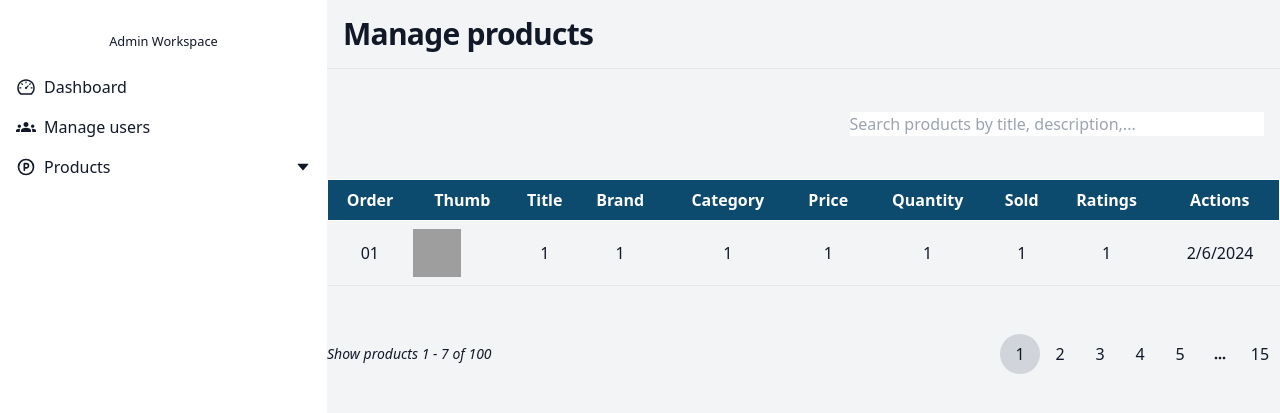
Repository: QuanggDat/Ecommerce_Rookie_NashTech
Page: /admin/manage-products (app in Ecommerce_Rookie_NashTech_AdminFrontend/admin_fe/)
The author's editor kept a copy of each file at every save. The page is drawn from the files as they stood at one save, then again after the next save.
The browser window is 1280 px wide. The pictures show the whole page.
Pictures or frames that could not be fetched are drawn as grey boxes. The page's requests for data from a server got no answer. The project was rebuilt for these pictures with package versions that can differ from the ones it lists, and the page was loaded fresh each time. Some packages were replaced by stand-ins written for this rebuild. No one was signed in, and anything a server would have sent is missing. Also part of the build but not shown: Ecommerce_Rookie_NashTech_AdminFrontend/admin_fe/src/pages/admin/Dashboard.js, Ecommerce_Rookie_NashTech_AdminFrontend/admin_fe/src/pages/admin/LoginScreen.js, Ecommerce_Rookie_NashTech_AdminFrontend/admin_fe/src/components/buttons/Button.js, Ecommerce_Rookie_NashTech_AdminFrontend/admin_fe/src/components/inputs/InputField.js, Ecommerce_Rookie_NashTech_AdminFrontend/admin_fe/src/pages/public/Login.js, Ecommerce_Rookie_NashTech_AdminFrontend/admin_fe/src/pages/public/FinalRegister.js, Ecommerce_Rookie_NashTech_AdminFrontend/admin_fe/src/pages/public/ResetPassword.js, Ecommerce_Rookie_NashTech_AdminFrontend/admin_fe/src/App.css.

Above is the page before, as saved 2024-06-02 22:19:08.

### Ecommerce_Rookie_NashTech_AdminFrontend/admin_fe/src/index.js
import React from 'react';
import { createRoot } from 'react-dom/client';
import { Provider } from 'react-redux';
import { store } from './stores/redux';
import App from './App';
import './index.css';
import { BrowserRouter } from 'react-router-dom'

const container = document.getElementById('root');
const root = createRoot(container);

root.render(
  <Provider store={store}>
    <BrowserRouter>
      <App />
    </BrowserRouter>
  </Provider>
);

### Ecommerce_Rookie_NashTech_AdminFrontend/admin_fe/src/stores/redux.js
import { configureStore } from '@reduxjs/toolkit';
import userSlice from "./user/userSlice"
import storage from 'redux-persist/lib/storage';
import { persistReducer, persistStore } from "redux-persist"

const commonConfig = {
  storage,
}
const userConfig = {
  ...commonConfig,
  whitelist: ["isLoggedIn", "token"],
  key: "shop/user",
}
export const store = configureStore({
  reducer: {
    user: persistReducer(userConfig, userSlice),
  },
  middleware: (getDefaultMiddleware) =>
    getDefaultMiddleware({ serializableCheck: false }),
});

export const persistor = persistStore(store)

### Ecommerce_Rookie_NashTech_AdminFrontend/admin_fe/src/App.js
import React from 'react';
import { Route, Routes, Navigate } from "react-router-dom"
import path from "./utils/path"
import {
  AdminLayout,
  Dashboard,
  ManageProduct
} from "./pages/admin"
import { Login } from './pages/public';
import './App.css';

function App() {
  return (
    <div className="font-jp">
      <Routes>
        <Route path="/" element={<Navigate to={path.LOGIN} />} />
        <Route path={path.LOGIN} element={<Login />} />
        <Route path={path.ADMIN} element={<AdminLayout />}>
          <Route path={path.DASHBOARD} element={<Dashboard />} />
          <Route path={path.MANAGE_PRODUCTS} element={<ManageProduct />} />
        </Route>
      </Routes>
    </div>
  );
}

export default App;

### Ecommerce_Rookie_NashTech_AdminFrontend/admin_fe/src/index.css
@import url("https://fonts.googleapis.com/css2?family=Poppins:ital,wght@0,100;0,200;0,300;0,400;0,500;0,600;0,700;0,800;1,100;1,200;1,300;1,400;1,500;1,600;1,700;1,800&display=swap");
@import url("https://fonts.googleapis.com/css2?family=Noto+Sans+JP:wght@100;200;300;400;500;600;700;800;900&display=swap");
@tailwind base;
@tailwind components;
@tailwind utilities;

html {
    height: 100%;
    overflow: auto;
  }
  body {
    height: 100%;
  }
  html,
  body {
    overflow-x: hidden;
  }

### Ecommerce_Rookie_NashTech_AdminFrontend/admin_fe/src/stores/user/userSlice.js
import { createSlice } from "@reduxjs/toolkit"
import * as actions from './asyncAction'

export const userSlice = createSlice({
    name: "user",
    initialState: {
        isLoggedIn: false,
        current: null,
        token: null,
        isLoading: false,
        mes: '',
    },
    reducers: {
        login: (state, action) => {
            state.isLoggedIn = action.payload.isLoggedIn
            state.token = action.payload.token
        },
        logout: (state, action) => {
            state.isLoggedIn = false
            state.current = null
            state.token = null
            state.isLoading = false
            state.mes = ''
        },
    },
    extraReducers: (builder) => {
        builder.addCase(actions.getCurrent.pending, (state) => {
            state.isLoading = true;
        });
        builder.addCase(actions.getCurrent.fulfilled, (state, action) => {
            state.isLoading = false;
            state.current = action.payload;
            state.isLoggedIn = true
        });
        builder.addCase(actions.getCurrent.rejected, (state, action) => {
            state.isLoading = false;
            state.current = null;
            state.isLoggedIn = false
            state.token = null
            state.mes = 'Login session has expired. Please login again!'
        });
    }
})
export const { login, logout } = userSlice.actions

export default userSlice.reducer

### Ecommerce_Rookie_NashTech_AdminFrontend/admin_fe/src/utils/path.js
const path = {
    PUBLIC: "/",
    HOME: "home",
    ALL: "*",
    LOGIN: "login",
    FINAL_REGISTER: "finalregister/:status",
    RESET_PASSWORD: "reset-password/:token",

    // Admin
    LOGIN: "login",
    ADMIN: "admin",
    DASHBOARD: "dashboard",
    MANAGE_USER: "manage-user",
    MANAGE_PRODUCTS: "manage-products",
    MANAGE_CATEGORIES: "manage-categories",
    CREATE_PRODUCTS: "create-products",
    CREATE_CATEGORY: "create-category",
}

export default path

### Ecommerce_Rookie_NashTech_AdminFrontend/admin_fe/src/pages/admin/index.js
export { default as AdminLayout } from "./AdminLayout"
export { default as Dashboard } from "./Dashboard"
export { default as ManageProduct } from "./ManageProduct"
export { default as LoginScreen } from "./LoginScreen"

### Ecommerce_Rookie_NashTech_AdminFrontend/admin_fe/src/pages/public/index.js
export { default as Login } from "./Login"
export { default as FinalRegister } from "./FinalRegister"
export { default as ResetPassword } from "./ResetPassword"

### Ecommerce_Rookie_NashTech_AdminFrontend/admin_fe/src/stores/user/asyncAction.js
import { createAsyncThunk } from "@reduxjs/toolkit";
import * as apis from '../../apis'

export const getCurrent = createAsyncThunk('user/current', async (data, { rejectWithValue }) => {
    const response = await apis.apiGetCurrent()
    if (!response.data.status) return rejectWithValue(response)
    return response.data.rs
})

### Ecommerce_Rookie_NashTech_AdminFrontend/admin_fe/src/pages/admin/AdminLayout.js
import React from 'react'
import { Outlet, Navigate } from 'react-router-dom'
import { useSelector } from 'react-redux'
import AdminSidebar from '../../components/sidebar/AdminSidebar'

const AdminLayout = () => {
  return (
    <div className='flex w-full bg-gray-100 min-h-screen relative text-gray-900'>
      <div className='w-[327px] top-0 bottom-0 flex-none fixed'>
        <AdminSidebar />
      </div>
      <div className='w-[327px]'></div>
      <div className='flex-auto'>
        <Outlet />
      </div>
    </div>
  )
}

export default AdminLayout

### Ecommerce_Rookie_NashTech_AdminFrontend/admin_fe/src/pages/admin/ManageProduct.js
import React from 'react'
import InputForm from "../../components/inputs/InputForm"
import Pagination from "../../components/pagination/Pagination"
import { useForm } from "react-hook-form"

const ManageProduct = () => {
  const {
    register,
    formState: { errors },
    watch,
  } = useForm()
  return (
    <div className="w-full flex flex-col gap-4 relative">
      <div className="h-[69px] w-full"></div>
      <div className="p-4 border-b w-full bg-gray-100 flex justify-between items-center fixed top-0">
        <h1 className="text-3xl font-bold tracking-tight">Manage products</h1>
      </div>
      <div className="flex justify-end items-center px-4">
        <form className="w-[45%]">
          <InputForm
            id="q"
            register={register}
            errors={errors}
            fullWidth
            placeholder="Search products by title, description,..."
          />
        </form>
      </div>
      <table className="table-auto">
        <thead>
          <tr className="border bg-sky-900 text-white border-white">
            <th className="text-center py-2">Order</th>
            <th className="text-center py-2">Thumb</th>
            <th className="text-center py-2">Title</th>
            <th className="text-center py-2">Brand</th>
            <th className="text-center py-2">Category</th>
            <th className="text-center py-2">Price</th>
            <th className="text-center py-2">Quantity</th>
            <th className="text-center py-2">Sold</th>
            <th className="text-center py-2">Ratings</th>
            <th className="text-center py-2">Actions</th>
          </tr>
        </thead>
        <tbody>
          <tr className="border-b" >
            <td className="text-center py-2">
              01
            </td>
            <td className="text-center py-2">
              <img
                src='https://th.bing.com/th/id/OIF.IHFaCxQQ54StkxKZ3Iyp0Q?rs=1&pid=ImgDetMain'
                alt="thumb"
                className="w-12 h-12 object-cover"
              />
            </td>
            <td className="text-center py-2">1</td>
            <td className="text-center py-2">1</td>
            <td className="text-center py-2">1</td>
            <td className="text-center py-2">1</td>
            <td className="text-center py-2">1</td>
            <td className="text-center py-2">1</td>
            <td className="text-center py-2">1</td>
            <td className="text-center py-2">
              2/6/2024
            </td>
          </tr>
        </tbody>
      </table>
      <div className="w-full flex justify-end my-8">
        <Pagination totalCount={100} />
      </div>
    </div>
  )
}

export default ManageProduct

### Ecommerce_Rookie_NashTech_AdminFrontend/admin_fe/src/components/sidebar/AdminSidebar.js
import React, { Fragment, useState } from "react"
import { adminSidebar } from "../../utils/constants"
import { NavLink, Link, useNavigate } from "react-router-dom"
import clsx from "clsx"
import { AiOutlineCaretDown, AiOutlineCaretRight } from "react-icons/ai"
import { RiShareForwardLine } from "react-icons/ri"
import withBaseComponent from "../../hocs/withBaseComponent"

const activedStyle =
    "px-4 py-2 flex items-center gap-2  bg-blue-500 text-gray-100"
const notActivedStyle = "px-4 py-2 flex items-center gap-2  hover:bg-blue-100"

const AdminSidebar = () => {
    const navigate = useNavigate()
    const [actived, setActived] = useState([])
    const handleShowTabs = (tabID) => {
        if (actived.some((el) => el === tabID))
            setActived((prev) => prev.filter((el) => el !== tabID))
        else setActived((prev) => [...prev, tabID])
    }

    return (
        <div className=" bg-white h-full py-4">
            <Link
                to={"/"}
                className="flex flex-col justify-center items-center p-4 gap-2"
            >
                <small>Admin Workspace</small>
            </Link>
            <div>
                {adminSidebar.map((el) => (
                    <Fragment key={el.id}>
                        {el.type === "SINGLE" && (
                            <NavLink
                                to={el.path}
                                className={({ isActive }) =>
                                    clsx(isActive && activedStyle, !isActive && notActivedStyle)
                                }
                            >
                                <span>{el.icon}</span>
                                <span>{el.text}</span>
                            </NavLink>
                        )}
                        {el.type === "PARENT" && (
                            <div
                                onClick={() => handleShowTabs(+el.id)}
                                className="flex flex-col"
                            >
                                <div className="flex items-center justify-between px-4 py-2 hover:bg-blue-100 cursor-pointer">
                                    <div className="flex items-center gap-2">
                                        <span>{el.icon}</span>
                                        <span>{el.text}</span>
                                    </div>
                                    {actived.some((id) => id === el.id) ? (
                                        <AiOutlineCaretRight />
                                    ) : (
                                        <AiOutlineCaretDown />
                                    )}
                                </div>
                                {actived.some((id) => +id === +el.id) && (
                                    <div className="flex flex-col">
                                        {el.submenu.map((item, idx) => (
                                            <NavLink
                                                key={idx}
                                                to={item.path}
                                                onClick={(e) => e.stopPropagation()}
                                                className={({ isActive }) =>
                                                    clsx(
                                                        isActive && activedStyle,
                                                        !isActive && notActivedStyle,
                                                        "pl-16"
                                                    )
                                                }
                                            >
                                                {item.text}
                                            </NavLink>
                                        ))}
                                    </div>
                                )}
                            </div>
                        )}
                    </Fragment>
                ))}
            </div>
        </div>
    )
}

export default withBaseComponent(AdminSidebar)

### Ecommerce_Rookie_NashTech_AdminFrontend/admin_fe/src/components/inputs/InputForm.js
import React, { memo } from 'react'
import clsx from 'clsx'

const InputForm = ({
    label,
    disabled,
    register,
    errors,
    id,
    validate,
    type = 'text',
    placeholder,
    fullWidth,
    defaultValue,
    style,
    readOnly
}) => {
    return (
        <div className={clsx('flex flex-col h-[78px] gap-2', style)}>
            {label && <label className='font-medium' htmlFor={id}>{label + ':'}</label>}
            <input
                type={type}
                id={id}
                {...register(id, validate)}
                disabled={disabled}
                placeholder={placeholder}
                className={clsx('form-input my-auto', fullWidth && 'w-full', style)}
                defaultValue={defaultValue}
                readOnly={readOnly}
            />
            {errors[id] && <small className='text-xs text-red-500'>{errors[id]?.message}</small>}
        </div>
    )
}

export default memo(InputForm)

### Ecommerce_Rookie_NashTech_AdminFrontend/admin_fe/src/components/pagination/Pagination.js
import React, { memo } from "react"
import usePagination from "../../hooks/usePagination"
import PagiItem from "./PagiItem"
import { useSearchParams } from "react-router-dom"

const Pagination = ({ totalCount }) => {
    const [params] = useSearchParams()
    const pagination = usePagination(totalCount, +params.get("page") || 1)

    const range = () => {
        const currentPage = +params.get("page")
        const pageSize = +process.env.REACT_APP_LIMIT || 10
        const start = Math.min((currentPage - 1) * pageSize + 1, totalCount)
        const end = Math.min(currentPage * pageSize, totalCount)

        return `${start} - ${end}`
    }

    // 3 => 21 - 30
    return (
        <div className="flex w-full justify-between items-center">
            {!+params.get("page") ? (
                <span className="text-sm hidden lg:inline-block italic">{`Show products ${Math.min(
                    totalCount,
                    1
                )} - ${Math.min(
                    +process.env.REACT_APP_LIMIT,
                    totalCount
                )} of ${totalCount}`}</span>
            ) : (
                ""
            )}
            {+params.get("page") ? (
                <span className="text-sm hidden lg:inline-block italic">{`Show products ${range()} of ${totalCount}`}</span>
            ) : (
                ""
            )}
            <div className="flex mt-8 lg:mt-0 items-center">
                {pagination?.map((el) => (
                    <PagiItem key={el}>{el}</PagiItem>
                ))}
            </div>
        </div>
    )
}

export default memo(Pagination)

### Ecommerce_Rookie_NashTech_AdminFrontend/admin_fe/src/utils/helpers.js


export const validate = (payload, setInvalidFields) => {
    let invalids = 0
    const formatPayload = Object.entries(payload)
    for (let arr of formatPayload) {
        if (arr[1].trim() === "") {
            invalids++
            setInvalidFields((prev) => [
                ...prev,
                { name: arr[0], mes: "Require this field." },
            ])
        }
    }
    return invalids
}

export const generateRange = (start, end) => {
    const length = end + 1 - start
    return Array.from({ length }, (_, index) => start + index)
  }
  export function getBase64(file) {
    if (!file) return ""
    return new Promise((resolve, reject) => {
      const reader = new FileReader()
      reader.readAsDataURL(file)
      reader.onload = () => resolve(reader.result)
      reader.onerror = (error) => reject(error)
    })
  }

### Ecommerce_Rookie_NashTech_AdminFrontend/admin_fe/src/apis/user.js
import axios from "../axios";

export const apiRegister = (data) =>
    axios({
        url: "/user/register",
        method: "post",
        data,
    })

export const apiFinalRegister = (token) =>
    axios({
        url: "/user/finalregister/" + token,
        method: "put",
    })

export const apiLogin = (data) =>
    axios({
        url: "/user/login",
        method: "post",
        data,
    })

export const apiGetCurrent = () =>
    axios({
        url: "/user/current",
        method: "get",
    })

export const apiForgotPassword = (data) =>
    axios({
        url: "/user/forgotpassword",
        method: "post",
        data,
    })

export const apiResetPassword = (data) =>
    axios({
        url: "/user/resetpassword",
        method: "put",
        data,
    })

### Ecommerce_Rookie_NashTech_AdminFrontend/admin_fe/src/utils/constants.js
import path from "./path"
import icons from "./icons"

const { AiOutlineDashboard, MdGroups, TbBrandProducthunt, RiBillLine } = icons
export const adminSidebar = [
    {
      id: 1,
      type: "SINGLE",
      text: "Dashboard",
      path: `/${path.ADMIN}/${path.DASHBOARD}`,
      icon: <AiOutlineDashboard size={20} />,
    },
    {
      id: 2,
      type: "SINGLE",
      text: "Manage users",
      path: `/${path.ADMIN}/${path.MANAGE_USER}`,
      icon: <MdGroups size={20} />,
    },
    {
      id: 3,
      type: "PARENT",
      text: "Products",
      icon: <TbBrandProducthunt size={20} />,
      submenu: [
        {
          text: "Create product",
          path: `/${path.ADMIN}/${path.CREATE_PRODUCTS}`,
        },
        {
          text: "Manage products",
          path: `/${path.ADMIN}/${path.MANAGE_PRODUCTS}`,
        },
      ],
    },
  ]

### Ecommerce_Rookie_NashTech_AdminFrontend/admin_fe/src/hocs/withBaseComponent.js
import React from 'react'
import { useDispatch } from 'react-redux'
import { useLocation, useNavigate } from 'react-router-dom'

const withBaseComponent = (Component) => (props) => {
    const navigate = useNavigate()
    const dispatch = useDispatch()
    const location = useLocation()

    return <Component {...props} navigate={navigate} dispatch={dispatch} location={location} />
}

export default withBaseComponent

### Ecommerce_Rookie_NashTech_AdminFrontend/admin_fe/src/hooks/usePagination.js
import { useMemo } from 'react'
import { generateRange } from '../utils/helpers'
import { BiDotsHorizontalRounded } from 'react-icons/bi'


const usePagination = (totalProductCount, currentPage, siblingCount = 1) => {
    const paginationArray = useMemo(() => {
        const pageSize = +process.env.REACT_APP_LIMIT || 10
        const paginationCount = Math.ceil(+totalProductCount / pageSize)
        const totalPaginationItem = +siblingCount + 5


        if (paginationCount <= totalPaginationItem) return generateRange(1, paginationCount)

        const isShowLeft = currentPage - siblingCount > 2
        const isShowRight = currentPage + siblingCount < paginationCount - 1

        if (isShowLeft && !isShowRight) {
            const rightStart = paginationCount - 4
            const rightRange = generateRange(rightStart, paginationCount)
            return [1, <BiDotsHorizontalRounded />, ...rightRange]
        }

        if (!isShowLeft && isShowRight) {
            const leftRange = generateRange(1, 5)
            return [...leftRange, <BiDotsHorizontalRounded />, paginationCount]
        }

        const siblingLeft = Math.max(currentPage - siblingCount, 1)
        const singlingRight = Math.min(currentPage + siblingCount, paginationCount)

        if (isShowLeft && isShowRight) {
            const middleRange = generateRange(siblingLeft, singlingRight)
            return [1, <BiDotsHorizontalRounded />, ...middleRange, <BiDotsHorizontalRounded />, paginationCount]
        }

    }, [totalProductCount, currentPage, siblingCount])

    return paginationArray
}
export default usePagination
// fist + last + current + sibling + 2*DOTS
// min = 6 => sibling + 5
// totalPagination : 58, limitProduct = 10 => = 5.8 = 6
// totalPaginationItem : sibling + 5 = 6
// sibling = 1

// [1,2,3,4,5,6]
// [1,...,6,7,8,9,10]
// [1,2,3,4,5, ...,10]
// [1,...,5,6,7,...,10]

### Ecommerce_Rookie_NashTech_AdminFrontend/admin_fe/src/components/pagination/PagiItem.js
import clsx from 'clsx'
import { useSearchParams, useNavigate, createSearchParams, useLocation } from 'react-router-dom'
import { memo } from 'react'

const PagiItem = ({ children }) => {
    const navigate = useNavigate()
    const [params] = useSearchParams()
    const location = useLocation()

    const handlePagination = () => {
        const queries = Object.fromEntries([...params])
        if (Number(children)) queries.page = children
        navigate({
            pathname: location.pathname,
            search: createSearchParams(queries).toString()
        })
    }
    return (
        <button
            className={clsx('w-10 h-10 flex justify-center', !Number(children) && 'items-end pb-2', Number(children) && 'items-center hover:rounded-full hover:bg-gray-300', +params.get('page') === +children && 'rounded-full bg-gray-300', !+params.get('page') && +children === 1 && 'rounded-full bg-gray-300')}
            onClick={handlePagination}
            type='button'
            disabled={!Number(children)}
        >
            {children}
        </button>
    )
}

export default memo(PagiItem)

### Ecommerce_Rookie_NashTech_AdminFrontend/admin_fe/src/axios.js
import axios from 'axios'

const instance = axios.create({
    baseURL: process.env.REACT_APP_API_URI,
  });

// Add a request interceptor
axios.interceptors.request.use(function (config) {
    // Do something before request is sent
    return config;
  }, function (error) {
    // Do something with request error
    return Promise.reject(error);
  });

// Add a response interceptor
axios.interceptors.response.use(function (response) {
    // Any status code that lie within the range of 2xx cause this function to trigger
    // Do something with response data
    return response.data;
  }, function (error) {
    // Any status codes that falls outside the range of 2xx cause this function to trigger
    // Do something with response error
    return error.response.data;
  });

  export default instance

### Ecommerce_Rookie_NashTech_AdminFrontend/admin_fe/src/utils/icons.js
import { RiPhoneFill, RiTruckFill, RiBillLine } from 'react-icons/ri'
import { MdEmail, MdGroups } from 'react-icons/md'
import { BsHandbagFill, BsFillSuitHeartFill, BsShieldShaded, BsReplyFill, BsCartPlus } from 'react-icons/bs'
import { FaUserCircle, FaTty } from 'react-icons/fa'
import {
    AiFillHome,
    AiFillStar,
    AiOutlineStar,
    AiFillEye,
    AiOutlineMenu,
    AiOutlineLogout,
    AiFillGift,
    AiOutlineDown,
    AiOutlineDashboard
} from 'react-icons/ai'
import { IoIosArrowForward } from 'react-icons/io'
import { TbBrandProducthunt } from 'react-icons/tb'

const icons = {
    RiPhoneFill,
    MdEmail,
    BsHandbagFill,
    FaUserCircle,
    AiFillHome,
    AiFillStar,
    AiOutlineStar,
    AiFillEye,
    AiOutlineMenu,
    BsFillSuitHeartFill,
    IoIosArrowForward,
    AiOutlineLogout,
    BsShieldShaded,
    RiTruckFill,
    AiFillGift,
    BsReplyFill,
    FaTty,
    AiOutlineDown,
    AiOutlineDashboard,
    MdGroups,
    TbBrandProducthunt,
    RiBillLine,
    BsCartPlus
}

export default icons

Loaded but not shown: Ecommerce_Rookie_NashTech_AdminFrontend/admin_fe/public/index.html (common file); Ecommerce_Rookie_NashTech_AdminFrontend/admin_fe/src/apis/index.js (common file); Ecommerce_Rookie_NashTech_AdminFrontend/admin_fe/tailwind.config.js (common file)

After the next save:
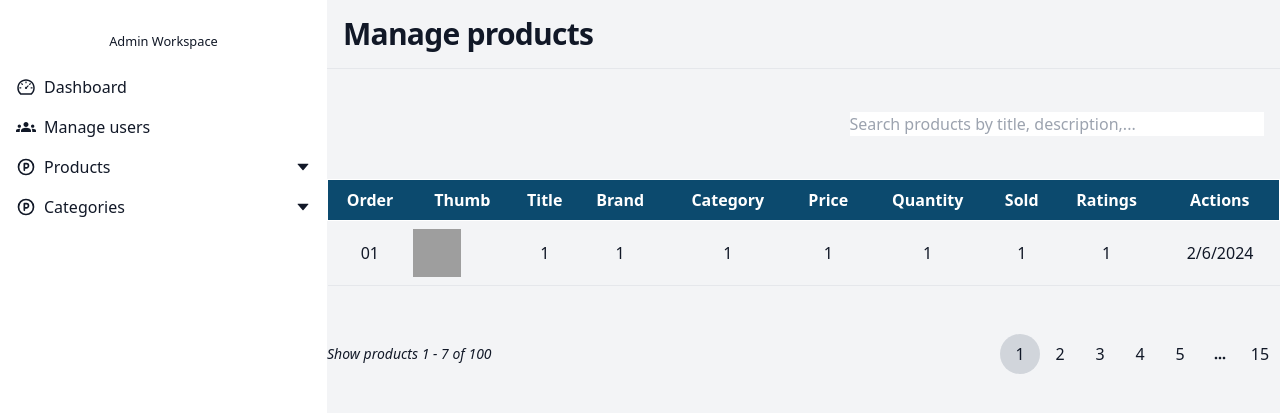
Saved 23 min 45 s later.
--- a/Ecommerce_Rookie_NashTech_AdminFrontend/admin_fe/src/utils/constants.js
+++ b/Ecommerce_Rookie_NashTech_AdminFrontend/admin_fe/src/utils/constants.js
@@ -33,4 +33,20 @@ export const adminSidebar = [
         },
       ],
     },
+    {
+      id: 3,
+      type: "PARENT",
+      text: "Categories",
+      icon: <TbBrandProducthunt size={20} />,
+      submenu: [
+        {
+          text: "Create category",
+          path: `/${path.ADMIN}/${path.CREATE_PRODUCTS}`,
+        },
+        {
+          text: "Manage categories",
+          path: `/${path.ADMIN}/${path.MANAGE_PRODUCTS}`,
+        },
+      ],
+    }
   ]
